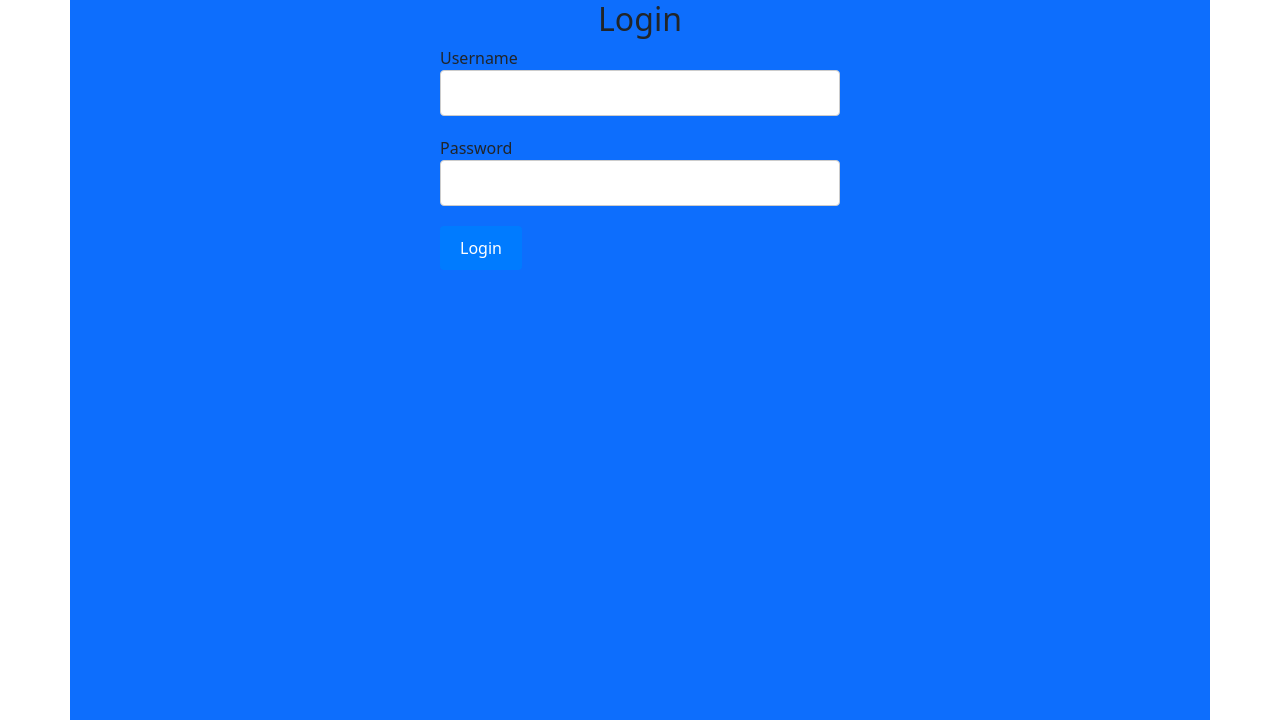
Repository: gabrielwodtke282/PetShop-fofinhos
Page: front-end/index.html
These files come from the project's save history. The page is drawn as it stood at one moment and after the next save; the edit follows.
The browser window is 1280 px wide. The pictures show the whole page.

Above is the page before, as saved 2026-03-23 10:08:20.

### front-end/index.html
<!DOCTYPE html>
<html lang="pt-BR">

<head>
    <meta charset="UTF-8">
    <meta name="viewport" content="width=device-width, initial-scale=1.0">
    <title>Fofinhos Petshop</title>
    <link href="styles.css" rel="stylesheet">
    <link href="https://cdn.jsdelivr.net/npm/bootstrap@5.3.8/dist/css/bootstrap.min.css" rel="stylesheet">
</head>

<body>
    <div class="container min-vh-100 w-100 bg-primary">
    <h2 class="text-center">Login</h2>
    <div class="row">
        <div class="col-md-6 offset-md-3">
            <form class="login-form">
                <div class="form-group">
                    <label for="username">Username</label>
                    <input type="text" id="username" name="username" required>
                </div>
                <div class="form-group">
                    <label for="password">Password</label>
                    <input type="password" id="password" name="password" required>
                </div>
                <button type="submit" class="btn btn-primary btn-block">Login</button>
            </form>
        </div>
    </div>
</div>
</body>

</html>

### front-end/styles.css
.login-form {
    max-width: 400px;
    margin: 0 auto;
}

.login-form input[type="text"],
.login-form input[type="password"] {
    width: 100%;
    padding: 10px;
    border: 1px solid #ccc;
    border-radius: 4px;
    box-sizing: border-box;
}

.login-form button {
    background-color: #007bff;
    color: #fff;
    padding: 10px 20px;
    border: none;
    border-radius: 4px;
    cursor: pointer;
}

.login-form button:hover {
    background-color: #0056b3;
}

.login-form .form-group {
    margin-bottom: 20px;
}

.container{
    background-color: ;
}

After the next save:
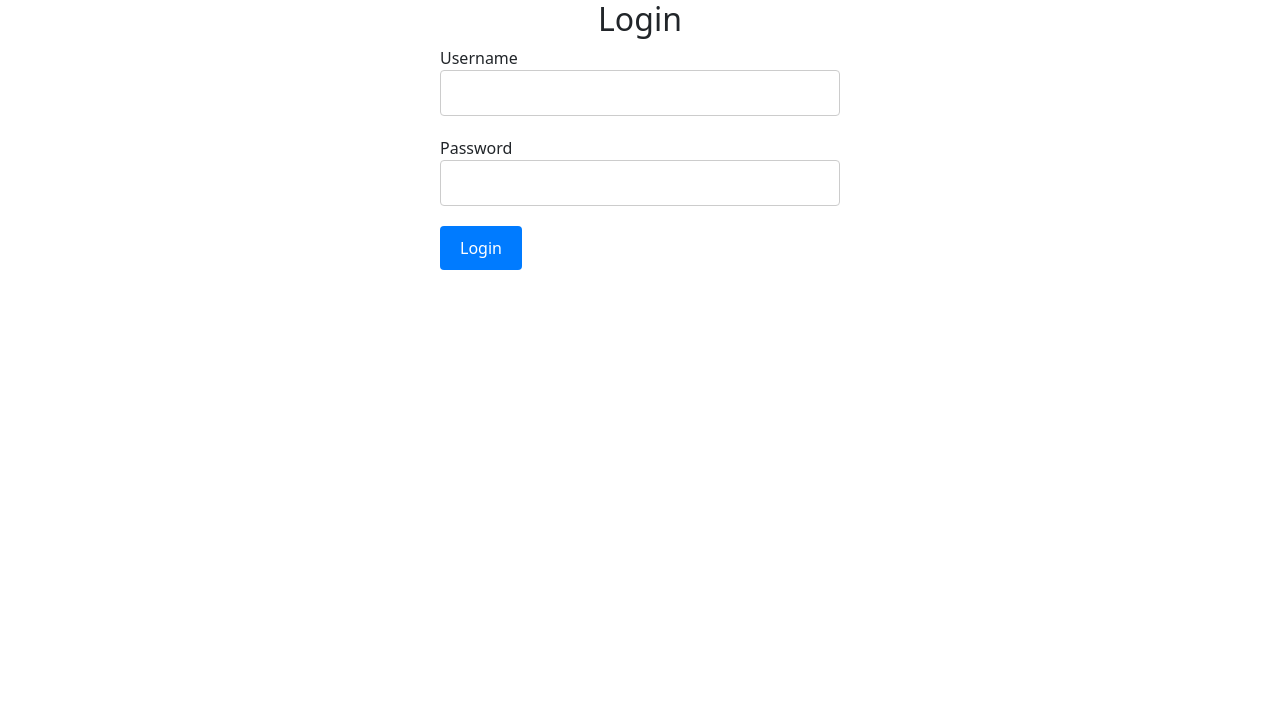
Saved 7 s later.
--- a/front-end/index.html
+++ b/front-end/index.html
@@ -10,7 +10,7 @@
 </head>
 
 <body>
-    <div class="container min-vh-100 w-100 bg-primary">
+    <div class="container-fluid min-vh-100 w-100 ">
     <h2 class="text-center">Login</h2>
     <div class="row">
         <div class="col-md-6 offset-md-3">
